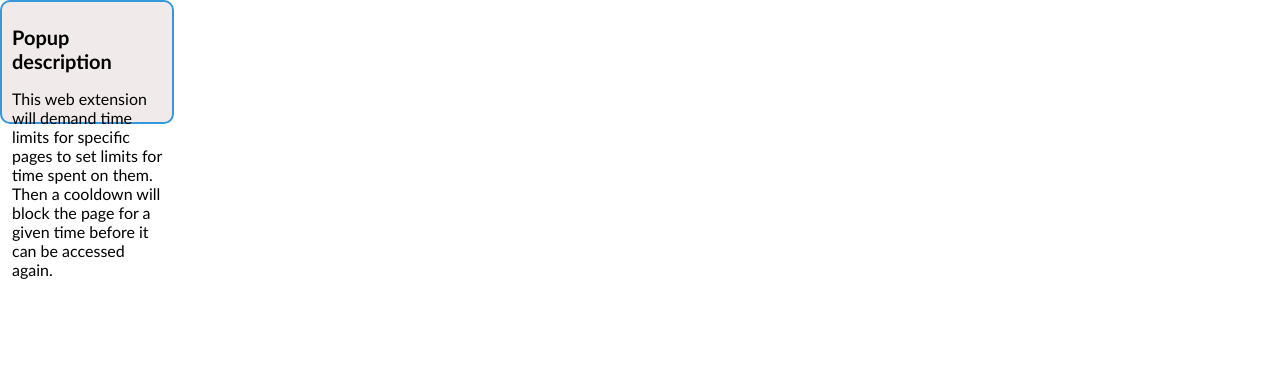
Repository: AndrlmMass/Time-management-chrome-extension
Page: popup.html
These files come from the project's save history. The page is drawn as it stood at one moment and after the next save; the edit follows.
The browser window is 1280 px wide. The pictures show the whole page.

Above is the page before, as saved 2023-08-22 15:33:11.

After the next save:
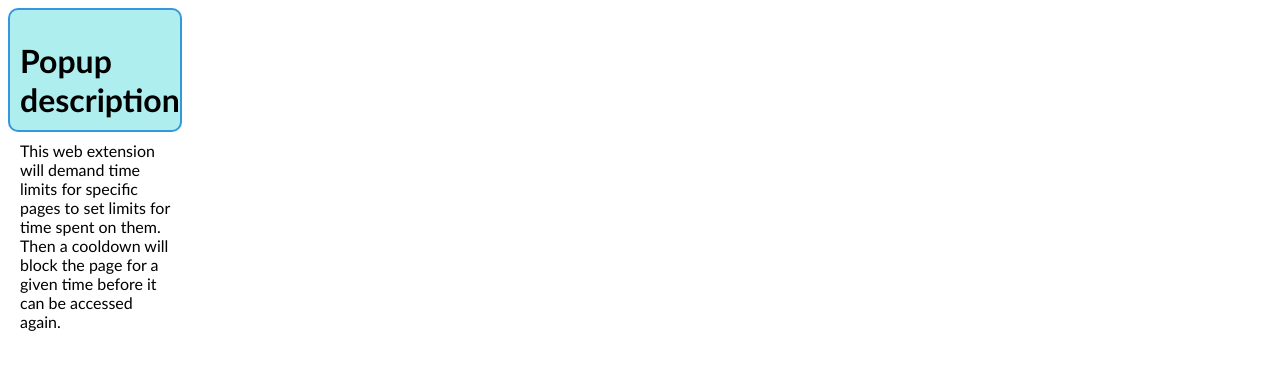
Saved 2 min 24 s later.
--- a/styles.css
+++ b/styles.css
@@ -4,31 +4,19 @@
        url('path/to/font.woff') format('woff');
 }
 
-/* styles.css */
+body {
+  font-family: 'Calibri', sans-serif;
+}
 
-body {
-    font-family: 'Calibri', sans-serif;
-    margin: 0;
-    padding: 0;
+#popup-container {
+    padding: 10px; /* Add padding to create space between text and border */
+    margin: 0; /* Reset margin */
+    width: 300px; /* Set a fixed width for the popup container */
+    background-color: #afeeee; /* Background color */
+    border: 2px solid #3498db; /* Border color and thickness */
+    border-radius: 10px; /* Rounded corners */
   }
 
-#popup-container {
-padding: 10px;
-width: 300px;
-background-color: #f0e9e9f3;
-border: 2px solid #3498db;
-border-radius: 10px;
+.bold-text {
+font-weight: bold; /* Apply bold style to this class */
 }
-
-.popup-title {
-font-size: 20px;
-margin-bottom: 10px;
-}
-
-.main-text {
-/* Apply padding to create space between title and main text */
-padding-top: 10px;
-border-top: 2px solid #3498db; /* Add a top border to separate title from main text */
-}
-
-/* Additional styles for your popup */
